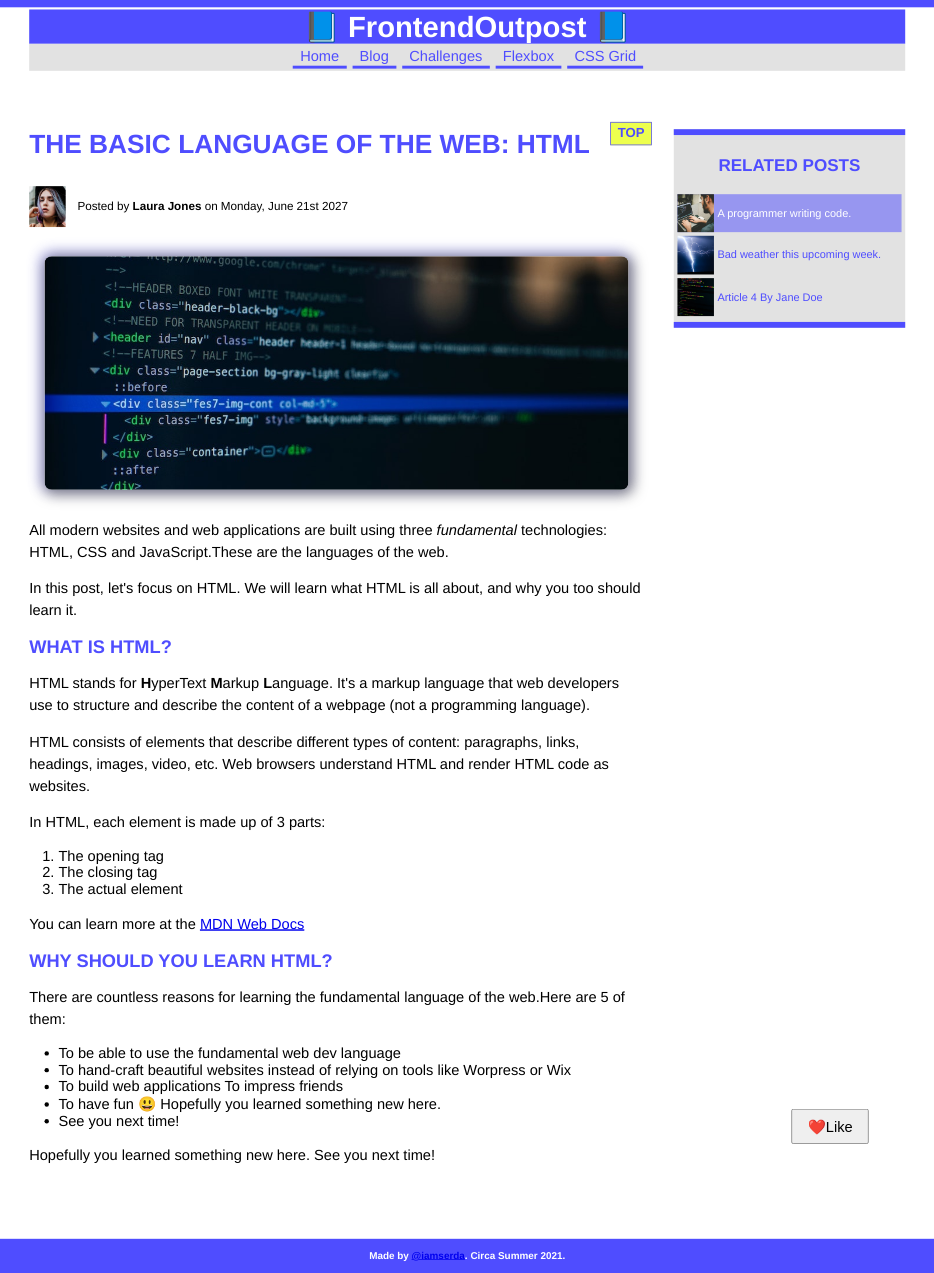
Repository: iamserda/html-css-course
Page: starter/02-HTML-Fundamentals/index.html
The author's editor kept a copy of each file at every save. The page is drawn from the files as they stood at one save, then again after the next save.
The browser window is 1280 px wide. The pictures show the whole page, at 73% of full size.
The pointer rests on the first visible `.related`.

Above is the page before, as saved 2021-07-18 17:28:35.

### starter/02-HTML-Fundamentals/index.html
<!DOCTYPE html>
<html lang="en">

<head>
    <meta charset="UTF-8" />
    <meta http-equiv="X-UA-Compatible" content="IE=edge" />
    <meta name="viewport" content="width=device-width, initial-scale=1.0" />
    <title>HTML Fundamentals by Laura Jones</title>
    <link href="index.css" rel="stylesheet" />
</head>

<body class="container-col">
    <header>
        <h1 class="brandname">📘 FrontendOutpost 📘</h1>
        <nav>
            <ul>
                <li><a href="index.html">Home</a></li>
                <li><a href="blog/">Blog</a></li>
                <li><a href="challenges/">Challenges</a></li>
                <li><a href="https://css-tricks.com/snippets/css/a-guide-to-flexbox/" target="_blank">Flexbox</a></li>
                <li><a href="https://css-tricks.com/snippets/css/complete-guide-grid/" target="_blank">CSS Grid</a></li>
            </ul>
        </nav>
    </header>
    <main class="container-row">
        <section>
            <article>
                <header class="article-meta">
                    <h1 class="post-title">The Basic Language of the Web: HTML</h1>
                    <div class="author">
                        <img class="author-pic" src="img/laura-jones.jpg" alt="photo of author laura jones" />
                        <p>Posted by <strong>Laura Jones</strong> on Monday, June 21st 2027</p>
                    </div>
                </header>
                <div class="article-content">
                    <img class="post-image" src="img/post-img.jpg" alt="displaying html code." />
                    <p> All modern websites and web applications are built using three
                        <em>fundamental</em> technologies: HTML, CSS and JavaScript.These are the languages of the web.
                    </p>
                    <p>
                        In this post, let's focus on HTML. We will learn what HTML is all about, and why you too should
                        learn it.
                    </p>

                    <h2>What is HTML?</h2>

                    <p>
                        HTML stands for <b>H</b>yperText <b>M</b>arkup <b>L</b>anguage. It's a markup language that web
                        developers use to structure and describe the content of a webpage (not a programming language).
                    </p>

                    <p>
                        HTML consists of elements that describe different types of content: paragraphs, links, headings,
                        images, video, etc. Web browsers understand HTML and render HTML code as websites.
                    </p>

                    <p>In HTML, each element is made up of 3 parts:</p>
                    <ol>
                        <li>The opening tag</li>
                        <li>The closing tag</li>
                        <li>The actual element</li>
                    </ol>
                    <p>
                        You can learn more at the
                        <a href="https://developer.mozilla.org/en-US/" target="_blank">MDN Web Docs</a>
                    </p>
                    <h2>Why should you learn HTML?</h2>
                    <p>There are countless reasons for learning the fundamental language of the web.Here are 5 of them:
                    </p>
                    <ul>
                        <li>To be able to use the fundamental web dev language</li>
                        <li>To hand-craft beautiful websites instead of relying on tools like Worpress or Wix</li>
                        <li>To build web applications To impress friends</li>
                        <li>To have fun 😃 Hopefully you learned something new here.</li>
                        <li>See you next time!</li>
                    </ul>
                    <p>Hopefully you learned something new here. See you next time!</p>
                </div>
            </article>
        </section>
        <aside class="container-col">
            <h3>Related Posts</h3>
            <div class="related">
                <a href="#">
                    <img src="img/related-1.jpg" alt="a programmer writing code." />
                    <p>A programmer writing code.</p>
                </a>
            </div>
            <div class="related ">
                <a class="container-row" href="#article3">
                    <img src="img/related-2.jpg" alt="Lightning on dark blue sky!" />
                    <p>Bad weather this upcoming week.</p>
                </a>
            </div>
            <div class="related container-row">
                <a href="#article4">
                    <img src="img/related-3.jpg" alt="a programmer writing code." />
                    <p>Article 4 By Jane Doe</p>
                </a>
            </div>
        </aside>
        <button class="like-button">❤️Like</button>
    </main>
    <footer>
        <p>Made by <a href="https://twitter.com/iamserda">@iamserda</a>. Circa Summer 2021.</p>
    </footer>
</body>

</html>

### starter/02-HTML-Fundamentals/index.css
* {
    box-sizing: border-box;
}

html {
    font-size: 16px;
    min-height: 100vh;
}

html,
body {
    margin: 0;
    padding: 0;
    height: 100%;
}

body {
    font-family: Helvetica, Arial, sans-serif;
    font-size: 1.25rem;
}

body>header {
    border-top: 10px solid rgb(79, 77, 255);
    padding-top: 0.125em;
}

main {
    margin-top: 4em;
    min-width: 540px;
    max-width: 1200px;
    margin-bottom: 4em;
    position: relative;
    /* border: 1px solid rgb(79, 77, 255); */
}



h1,
h2,
h3,
h4,
h5,
h6 {
    color: rgb(79, 77, 255);
    text-transform: uppercase;
}

h2 {
    font-size: 1.25em;
}

main,
.brandname,
nav {
    width: 100%;
    max-width: 1200px;
    margin-left: auto;
    margin-right: auto;
}

.brandname,
nav {
    margin-top: 0;
    margin-bottom: 0;
}

.brandname {
    font-size: 2.5rem;
    text-transform: capitalize;
    text-align: center;
    color: white;
    background-color: rgb(79, 77, 255);
}

p {
    line-height: 1.5;
}

nav {
    margin-top: 0;
    background-color: rgb(226, 226, 226);
}

nav ul {
    padding: 0.125em;
    margin: 0 auto;
    width: fit-content;

}

nav li {
    list-style: none;
    border-bottom: 4px solid rgb(79, 77, 255);
    padding: 0.125em 0.5em;
    margin-left: 0.125em;
    display: inline-block;
    color: rgb(79, 77, 255);
}

nav a {
    display: block;
    text-decoration: none;
    color: inherit;
    width: 100%;
    height: auto;
}

nav li:hover {
    background-color: rgb(79, 77, 255);
    border-bottom: 4px solid white;
    color: white;
}

nav li:hover a {
    color: white;
}

main section {
    width: 80%;
    margin-right: 2em;
}

aside {
    width: 30%;
    max-width: 500px;
    margin-right: auto;
    background-color: rgb(226, 226, 226);
    padding: 0.25em;
    height: fit-content;
    border-top: 8px solid rgb(79, 77, 255);
    border-bottom: 8px solid rgb(79, 77, 255);
}

aside h3 {
    text-align: center;
}

footer {
    background-color: rgb(79, 77, 255);
    margin-top: auto;
}

footer p {
    font-size: 0.85rem;
    color: white;
    text-align: center;
    max-width: 500px;
    margin-left: auto;
    margin-right: auto;
    font-weight: bold;
}

/* Layout */
.container-row {
    display: flex;
    flex-flow: row nowrap;
}

.container-col {
    display: flex;
    flex-flow: column nowrap;
}

.article-meta {
    margin-bottom: 1em;
}

.author {
    display: flex;
    flex-flow: row nowrap;
    width: 100%;
    justify-content: flex-start;
    font-size: 1rem;
}

.related {
    width: 100%;
    margin: 0.125em auto;

}

.related:hover {
    background-color: rgba(79, 77, 255, 0.5)
}

.related a {
    display: flex;
    width: 100%;
    text-decoration: none;
    color: rgb(79, 77, 255);
}

.related:hover a {
    color: white;
}

.related img {
    max-width: 50px;
    height: auto;
    margin-right: 0.25em;
}

.related p {
    display: inline;
    font-size: 0.75em;
}

.post-title {
    color: rgb(79, 77, 255);
    text-align: left;
    font-size: 2.25rem;
    margin-top: 0;
    position: relative;
}

.post-title::after {
    content: "TOP";
    font-size: 1.125rem;
    background-color: rgb(237, 255, 78);
    padding: 0.25em 0.5em;
    position: absolute;
    top: -10px;
    right: -10px;
    border: 1px solid rgb(79, 77, 255);
}

.post-image {
    display: block;
    width: 100%;
    max-width: 800px;
    min-width: 400px;
    height: auto;
    box-shadow: 0 0 18px 2px rgba(0, 0, 0, 0.5);
    box-shadow: 3px 3px 18px 4px rgba(26, 26, 26, 0.507),
        -3px -3px 18px 4px rgb(79, 77, 255, 0.295);
    border-radius: 10px;
    margin: 2em auto;
    object-fit: cover;
}

.author-pic {
    width: 100%;
    max-width: 50px;
    margin-right: 1em;
}

button.like-button {
    position: absolute;
    bottom: 50px;
    right: 50px;
    padding: 0.5em 1em;
    font-size: 1.25rem;
}

After the next save:
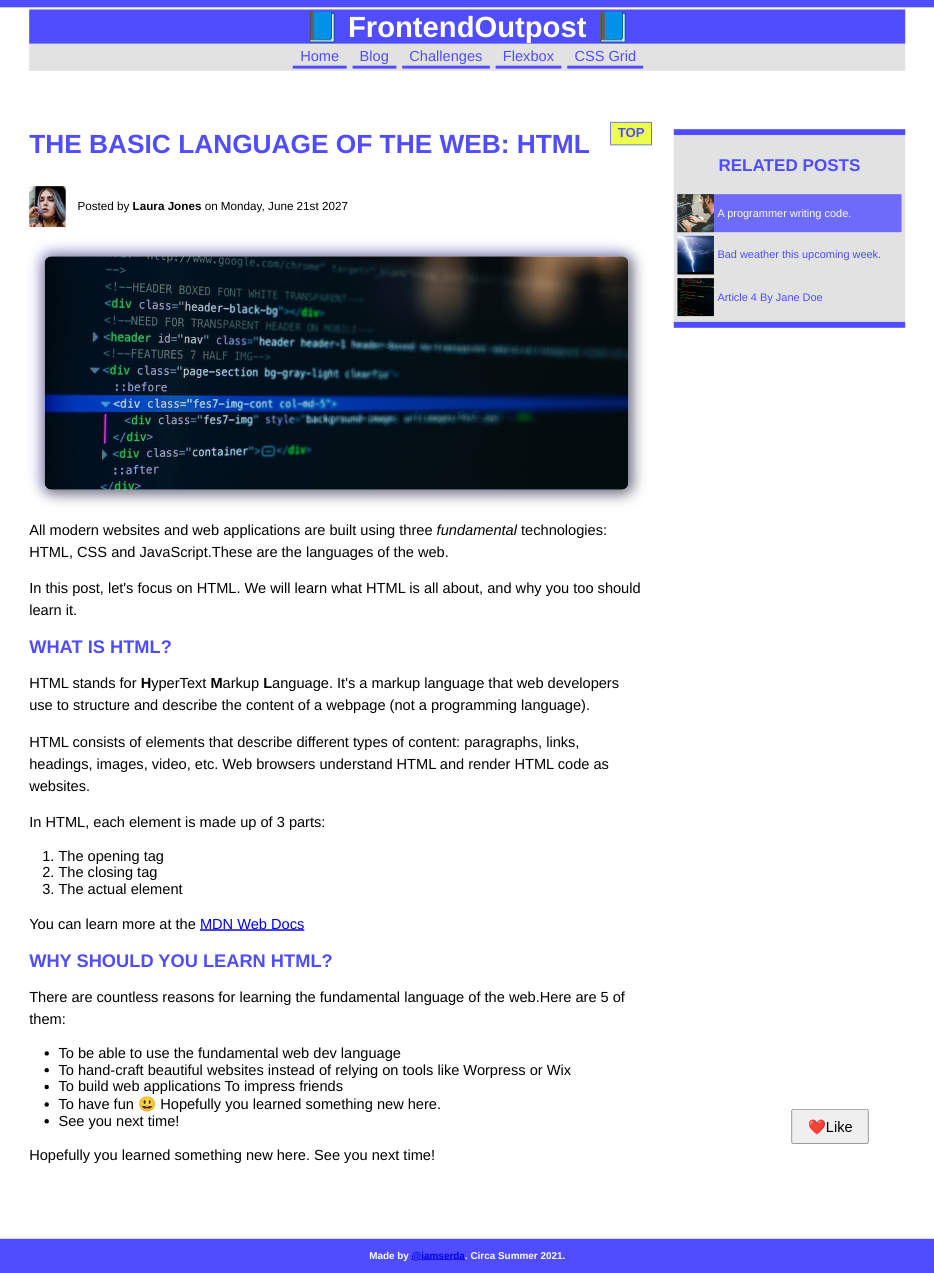
Saved 25 s later.
--- a/starter/02-HTML-Fundamentals/index.css
+++ b/starter/02-HTML-Fundamentals/index.css
@@ -180,7 +180,7 @@ footer p {
 }
 
 .related:hover {
-    background-color: rgba(79, 77, 255, 0.5)
+    background-color: rgba(80, 77, 255, 0.795)
 }
 
 .related a {
